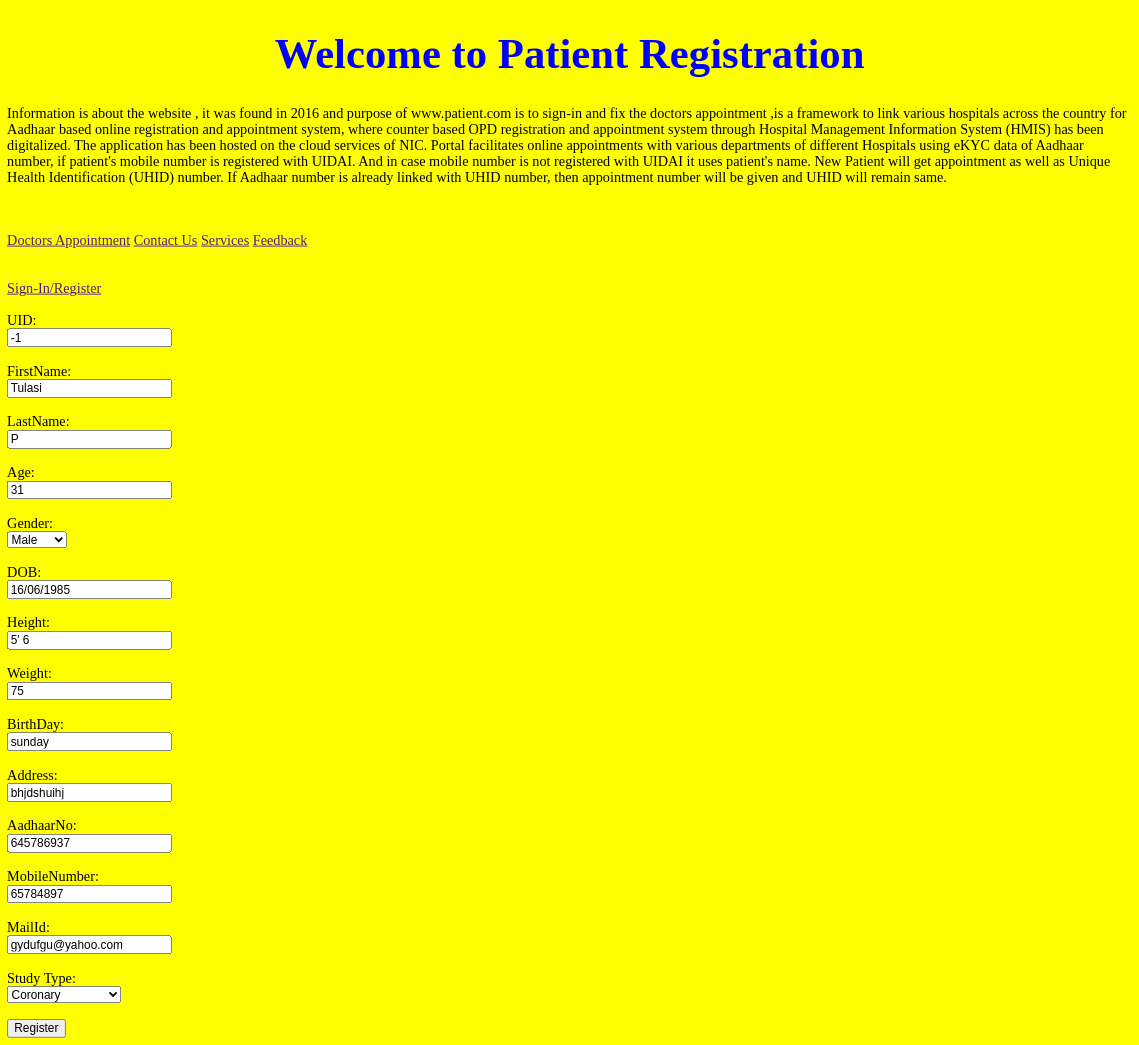
Repository: TulasiP/PE
Page: http://localhost/patientexplorer/
An editor plug-in stored every save of this project. The page is shown before and after the next save, followed by the edit.
The browser window is 1280 px wide. The pictures show the whole page, at 89% of full size.
The page is served by Tomcat 9. Other server files are loaded and not shown.

Above is the page before, as saved 2016-10-27 15:10:43.

### SourceCode/J2EE/patientexplorer/WebContent/patientdata.jsp
<%@ page language="java" contentType="text/html; charset=ISO-8859-1"
    pageEncoding="ISO-8859-1" %>
<!DOCTYPE html PUBLIC "-//W3C//DTD HTML 4.01 Transitional//EN" "http://www.w3.org/TR/html4/loose.dtd">
<html>
<head>
<meta http-equiv="Content-Type" content="text/html; charset=ISO-8859-1">
<title>patient</title>
</head>
<body style="background-color:yellow;">
<h1 style="color:blue;font-size:300%;text-align:center;"> Welcome to Patient Registration</h1>
<p style="text-align:left;"> Information is about the website , it was found in 2016 and purpose of www.patient.com is to sign-in and fix the doctors appointment ,is a framework to link various hospitals across the country for Aadhaar based online registration and appointment system, where counter based OPD registration and appointment system through Hospital Management Information System (HMIS) has been digitalized. The application has been hosted on the cloud services of NIC. Portal facilitates online appointments with various departments of different Hospitals using eKYC data of Aadhaar number, if patient's mobile number is registered with UIDAI. And in case mobile number is not registered with UIDAI it uses patient's name. New Patient will get appointment as well as Unique Health Identification (UHID) number. If Aadhaar number is already linked with UHID number, then appointment number will be given and UHID will remain same.</p>
<br><br>
<a href="">Doctors Appointment</a>
<a href="">Contact Us</a>
<a href="">Services</a>
<a href="">Feedback</a>
<br><br><br>
<a href="">Sign-In/Register</a>
<br><br>
<form action="patientservlet">
<div style="color: #FF0000;">${errorMessage}</div>
UID:<br><input type="text" name="uid" value=-1>
<br><br>
FirstName:<br><input type="text" name="firstname" value=Tulasi>
  <br><br>
LastName:<br><input type="text" name="lastname" value=P>
  <br><br>
Age:<br><input type="text" name="age" value=31>
<br><br>
Gender:<br><select name="gender" >
  <option value="Male">Male</options>
  <option value="Female">Female</option>
  <option value="Others">Others</option>
  </select>
  <br><br>
DOB:<br><input type="text" name="dob" value=16/06/1985>
<br><br>
Height:<br><input type="text" name="height" value="5' 6" "">
<br><br>
Weight:<br><input type="text" name="weight" value=75>
<br><br>
BirthDay:<br><input type="text" name="birthday" value=sunday>
<br><br>
Address:<br><input type="text" name="address" value=bhjdshuihj>
<br><br>
AadhaarNo:<br> <input type="text" name="aadhaarno" value=645786937>
<br><br>
MobileNumber:<br><input type="text" name="mobilenumber" value=65784897>
  <br><br>
MailId:<br><input type="text" name="mailid" value=gydufgu@yahoo.com>
  <br><br>
Study Type:<br><select name=studytype>
  <option value="Coronary">Coronary</options>
  <option value="Pediatric">Pediatric</option>
  <option value="ElectroPhysiology">ElectroPhysiology</option>
 </select>
 <br><br>
  <input type="submit" value="Register">
</form>
</body>
</html>

After the next save:
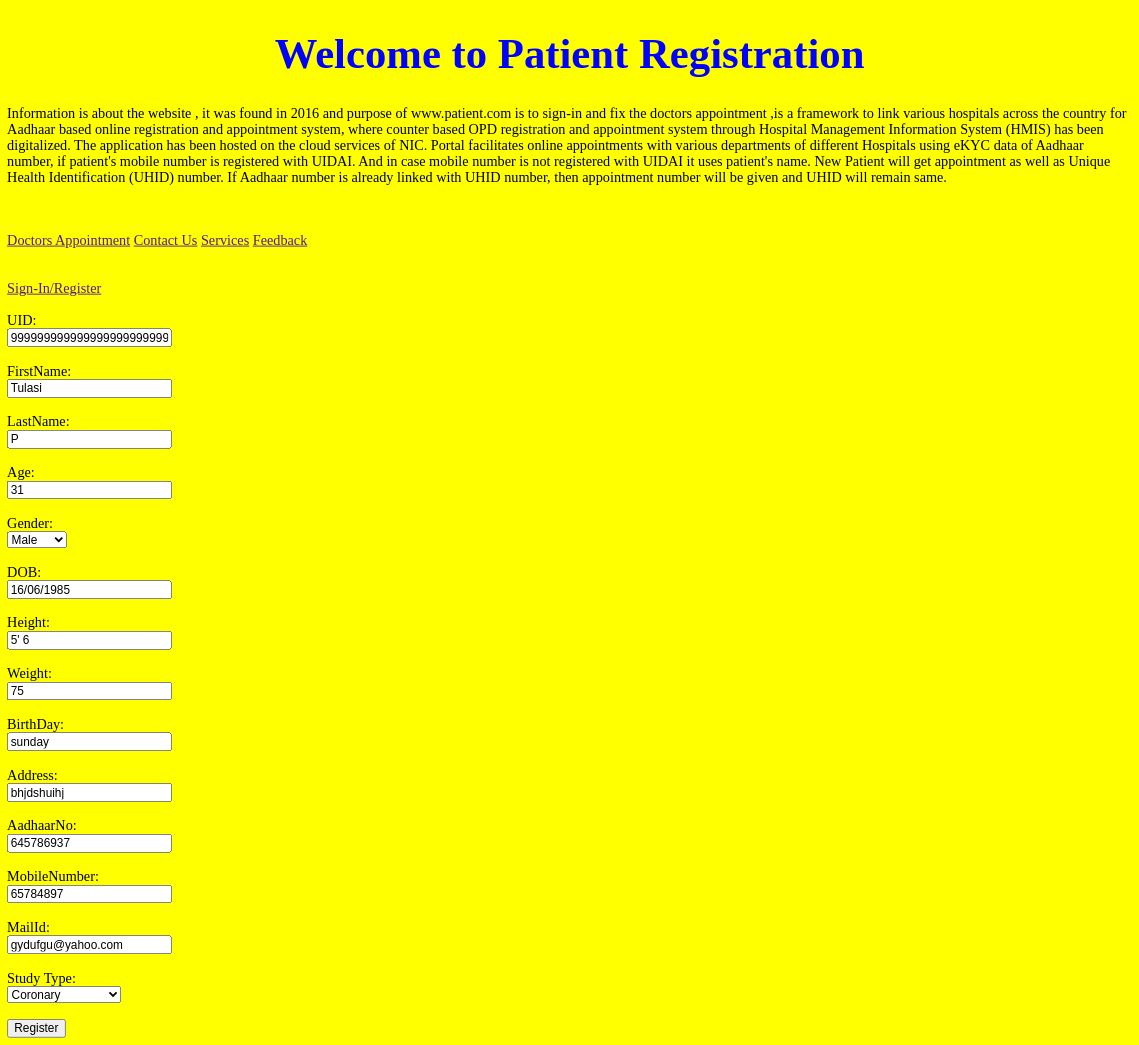
Saved 8 min 55 s later.
--- a/SourceCode/J2EE/patientexplorer/WebContent/patientdata.jsp
+++ b/SourceCode/J2EE/patientexplorer/WebContent/patientdata.jsp
@@ -19,7 +19,7 @@
 <br><br>
 <form action="patientservlet">
 <div style="color: #FF0000;">${errorMessage}</div>
-UID:<br><input type="text" name="uid" value=-1>
+UID:<br><input type="text" name="uid" value=9999999999999999999999999999>
 <br><br>
 FirstName:<br><input type="text" name="firstname" value=Tulasi>
   <br><br>
